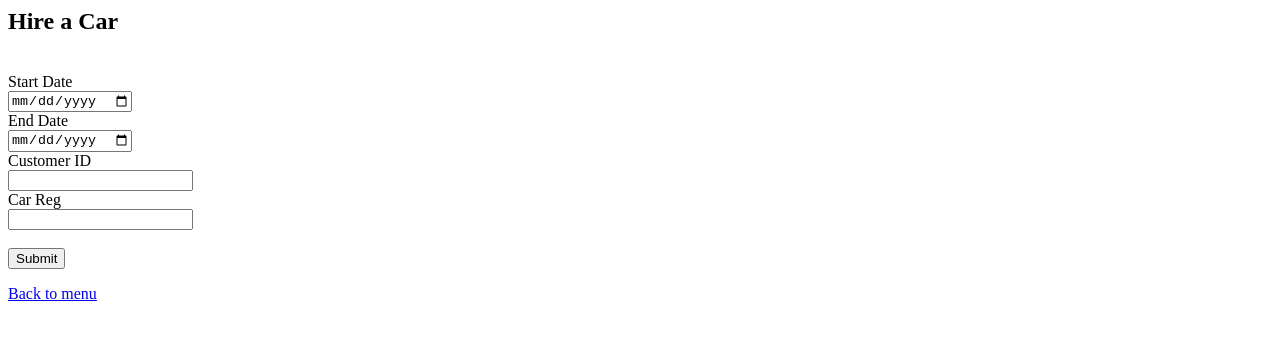
Repository: BrianD147/4th-Year-Project-Distributed-Systems
Page: http://localhost/REST/newOrder.jsp
The author's editor kept a copy of each file at every save. The page is drawn from the files as they stood at one save, then again after the next save.
The browser window is 1280 px wide. The pictures show the whole page.
The page is served by Tomcat 9.

Above is the page before, as saved 2018-12-09 21:56:08.

After the next save:
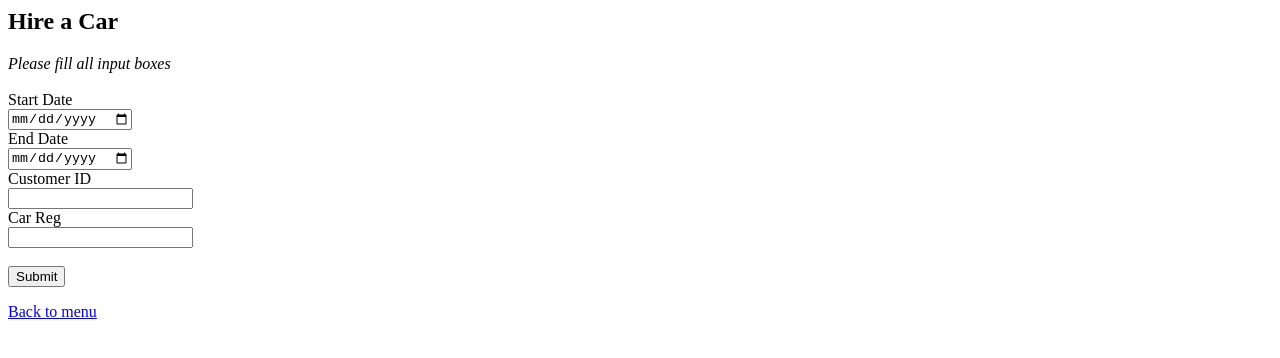
Saved 16 h 32 min later.
--- a/REST/src/main/webapp/newOrder.jsp
+++ b/REST/src/main/webapp/newOrder.jsp
@@ -1,6 +1,7 @@
 <html>
 <body>
     <h2>Hire a Car</h2>
+    <i>Please fill all input boxes</i>
     <form action="webapi/myresource/write" method="post">
     	<br/> Start Date <br/>
     	<input type="date" name="startDate">
